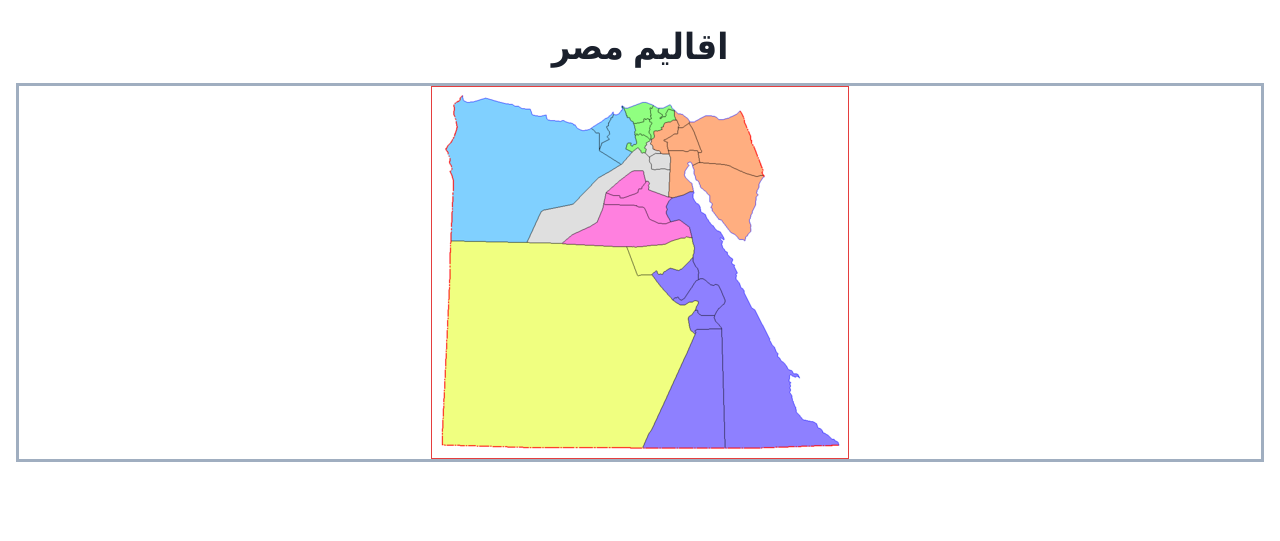
Repository: ahmed-mohamed-eng/egypt-gov-map
Page: /
These files come from the project's save history. The page is drawn as it stood at one moment and after a run of saves; the edit follows.
The browser window is 1280 px wide. The pictures show the whole page.
Some web fonts or font styles are not loaded; a fallback is used. The project was rebuilt for these pictures with package versions that can differ from the ones it lists, and the page was loaded fresh each time. The framework's server and built-in components were replaced by stand-ins that run in the browser. Also part of the build but not shown: next.config.js.

Above is the page before, as saved 2022-05-28 13:50:57.

After the next 2 saves:
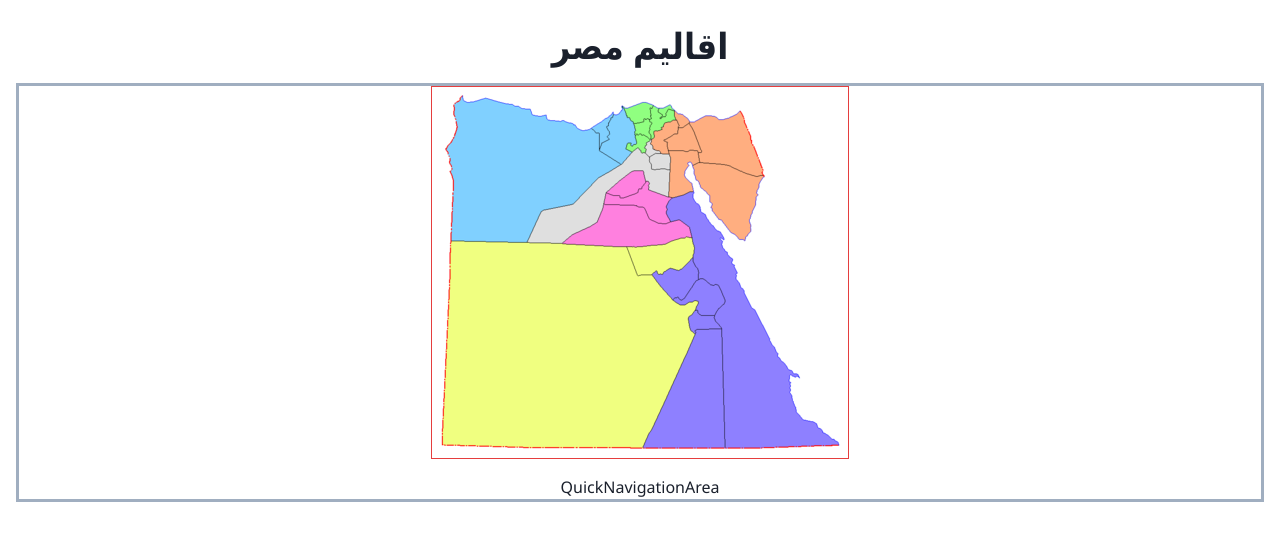
The 2 saves are shown as one change because they came seconds apart.
The last was saved 12 s later.
--- a/components/MainContentArea/MainContentArea.tsx
+++ b/components/MainContentArea/MainContentArea.tsx
@@ -2,6 +2,7 @@ import { VStack } from "@chakra-ui/react";
 
 // Custom Components.
 import MapArea from "./MapArea";
+import QuickNavigationArea from "./QuickNavigationArea";
 
 export const MainContentArea = () => {
   return (
@@ -13,6 +14,7 @@ export const MainContentArea = () => {
       spacing="1rem"
     >
       <MapArea />
+      <QuickNavigationArea />
     </VStack>
   );
 };
